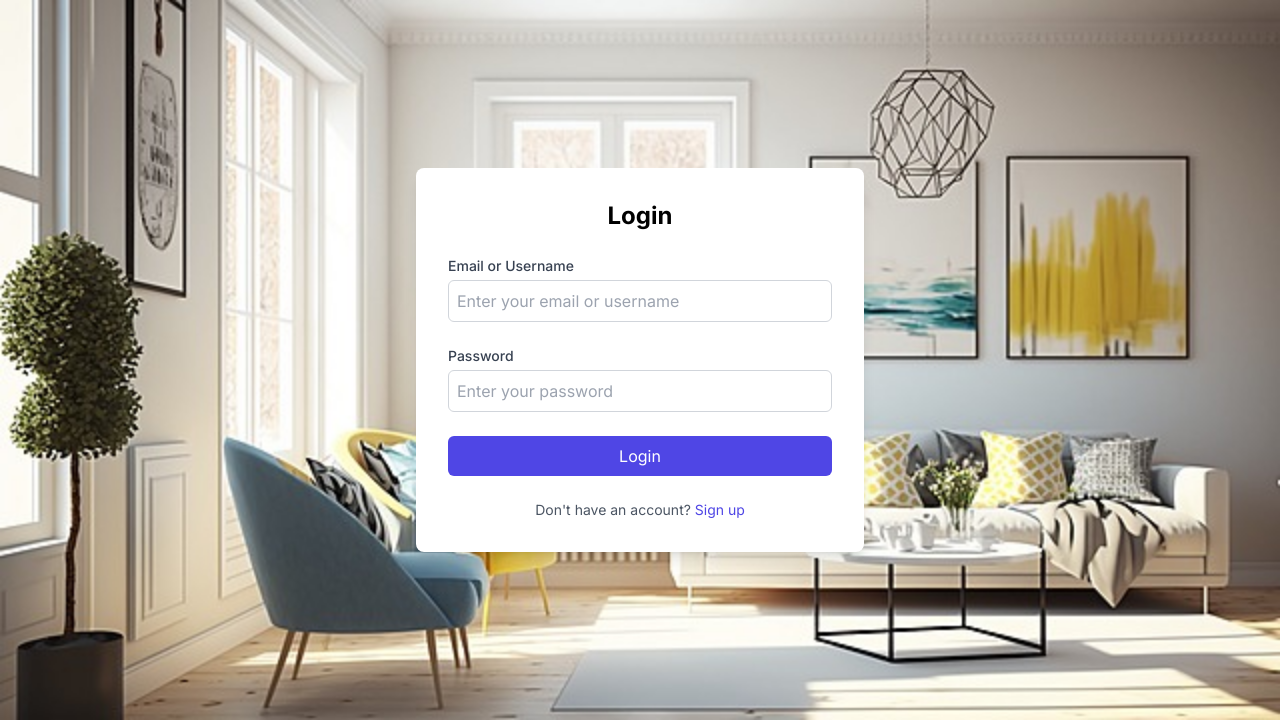
Repository: NassimeElkamari/Horizon-Housing
Page: /login
The author's editor kept a copy of each file at every save. The page is drawn from the files as they stood at one save, then again after a run of saves.
The browser window is 1280 px wide. The pictures show the whole page.
The project was rebuilt for these pictures with package versions that can differ from the ones it lists, and the page was loaded fresh each time. The framework's server and built-in components were replaced by stand-ins that run in the browser. Also part of the build but not shown: next.config.mjs.

Above is the page before, as saved 2024-08-28 21:44:14.

### src/app/login/page.tsx
'use client';

import { useState } from 'react';
import { useRouter } from 'next/navigation';

const LoginPage = () => {
  const [identifier, setIdentifier] = useState(''); // can be email or username
  const [password, setPassword] = useState('');
  const [error, setError] = useState('');
  const router = useRouter();

  const handleSubmit = async (e: React.FormEvent) => {
    e.preventDefault();
    setError('');

    const response = await fetch('/api/auth/login', {
      method: 'POST',
      headers: {
        'Content-Type': 'application/json',
      },
      body: JSON.stringify({ identifier, password }),
    });

    const data = await response.json();

    if (response.ok) {
      localStorage.setItem('token', data.token);
      router.push('/dashboard');
    } else {
      setError(data.message || 'Login failed');
    }
  };

  return (
    <div className="min-h-screen bg-gray-100 flex items-center justify-center bg-cover"  style={{ backgroundImage: "url('/bg2.jpg')" }}>
      <div className="bg-white p-8 rounded-lg shadow-lg w-full max-w-md">
        <h2 className="text-2xl font-bold mb-6 text-center">Login</h2>
        {error && <p className="text-red-500 text-center mb-4">{error}</p>}
        <form onSubmit={handleSubmit} className="space-y-6">
          <div>
            <label htmlFor="identifier" className="block text-sm font-medium text-gray-700">
              Email or Username
            </label>
            <input
              id="identifier"
              type="text"
              value={identifier}
              onChange={(e) => setIdentifier(e.target.value)}
              className="mt-1 w-full p-2 border border-gray-300 rounded-md focus:ring-indigo-500 focus:border-indigo-500"
              placeholder="Enter your email or username"
              required
            />
          </div>
          <div>
            <label htmlFor="password" className="block text-sm font-medium text-gray-700">
              Password
            </label>
            <input
              id="password"
              type="password"
              value={password}
              onChange={(e) => setPassword(e.target.value)}
              className="mt-1 w-full p-2 border text-black border-gray-300 rounded-md focus:ring-indigo-500 focus:border-indigo-500"
              placeholder="Enter your password"
              required
            />
          </div>
          <button
            type="submit"
            className="w-full bg-indigo-600 text-white py-2 px-4 rounded-md hover:bg-indigo-700 focus:outline-none focus:ring-2 focus:ring-indigo-500 focus:ring-offset-2"
          >
            Login
          </button>
        </form>
        <p className="mt-6 text-center text-sm text-gray-600">
          Don't have an account?{' '}
          <a href="/register" className="text-indigo-600 hover:text-indigo-500">
            Sign up
          </a>
        </p>
      </div>
    </div>
  );
};

export default LoginPage;

Loaded but not shown: src/app/layout.tsx (common file); src/app/globals.css (common file); tailwind.config.ts (common file)

After the next 2 saves:
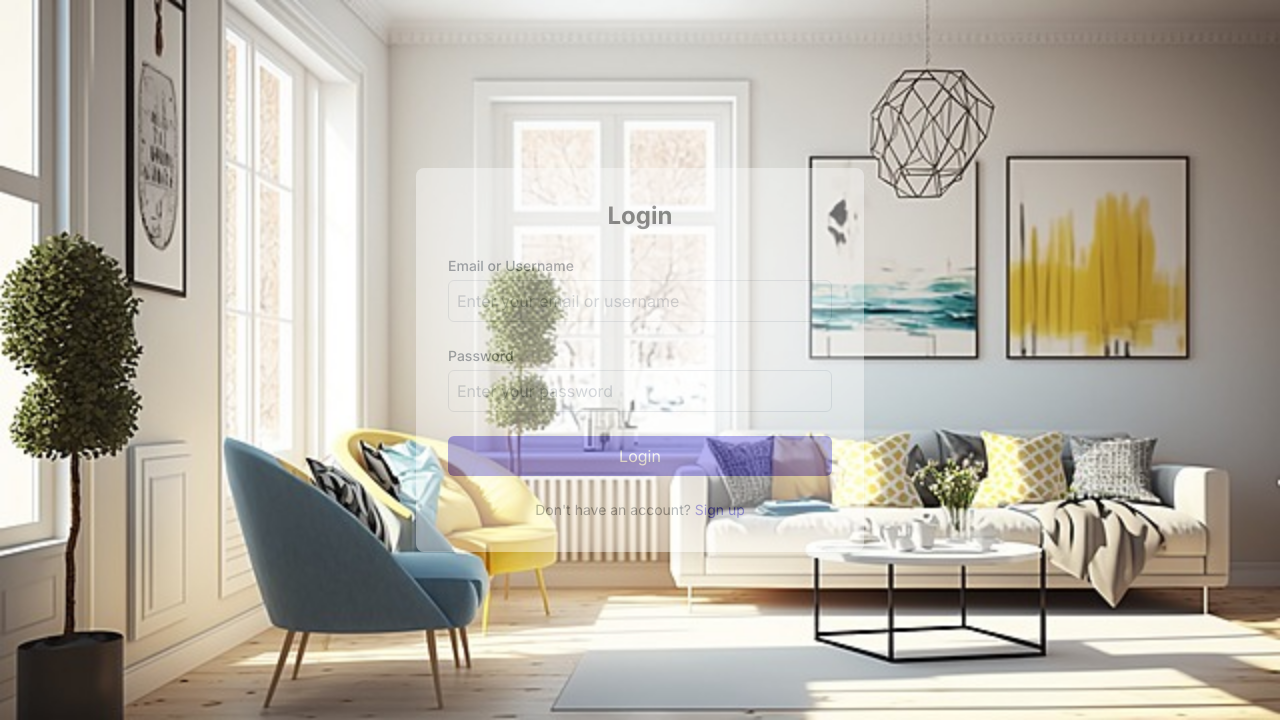
The 2 saves are shown as one change because they came seconds apart.
The last was saved 5 s later.
--- a/src/app/login/page.tsx
+++ b/src/app/login/page.tsx
@@ -33,7 +33,7 @@ const LoginPage = () => {
 
   return (
     <div className="min-h-screen bg-gray-100 flex items-center justify-center bg-cover"  style={{ backgroundImage: "url('/bg2.jpg')" }}>
-      <div className="bg-white p-8 rounded-lg shadow-lg w-full max-w-md">
+      <div className="bg-white p-8 rounded-lg shadow-lg w-full max-w-md opacity-40">
         <h2 className="text-2xl font-bold mb-6 text-center">Login</h2>
         {error && <p className="text-red-500 text-center mb-4">{error}</p>}
         <form onSubmit={handleSubmit} className="space-y-6">
